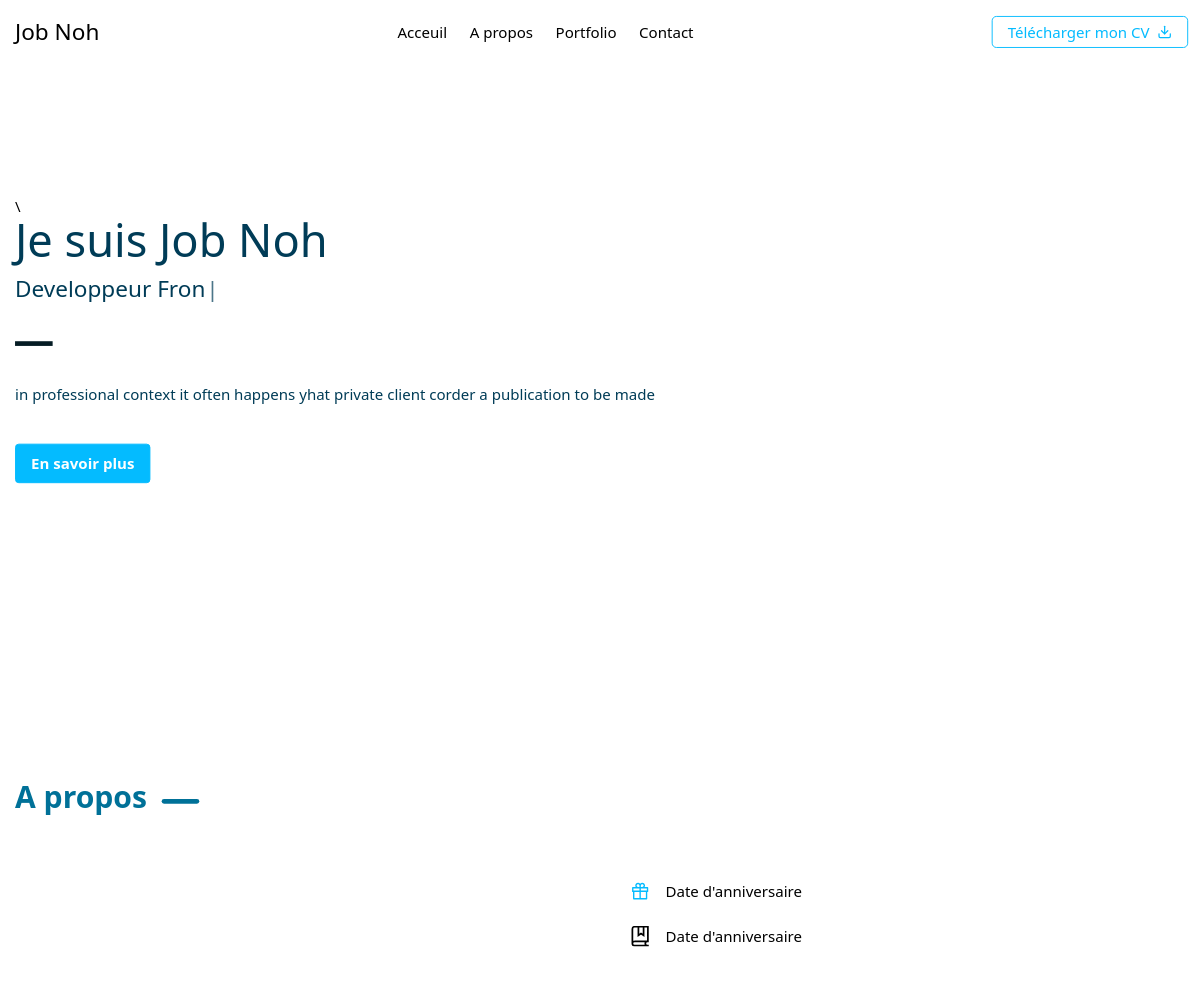
Repository: anoy1010/Nextportfolio
Page: /
These files come from the project's save history. The page is drawn as it stood at one moment and after the next save; the edit follows.
The browser window is 1280 px wide. The pictures show the whole page, at 94% of full size.
Backgrounds fixed to the window are drawn as part of the page. The project was rebuilt for these pictures with package versions that can differ from the ones it lists, and the page was loaded fresh each time. The framework's server and built-in components were replaced by stand-ins that run in the browser. Also part of the build but not shown: next.config.js, styles/Home.module.css.

Above is the page before, as saved 2023-03-06 17:35:10.

### pages/index.js
import Head from 'next/head'
import Image from 'next/image'
import { Inter } from '@next/font/google'
import styles from '../styles/Home.module.css'
import Navbar from '../components/Navbar'
import Hero from '../components/Hero'
import About from '../components/About'
const inter = Inter({ subsets: ['latin'] })

export default function Home() {
  return (
    <>
      <Head>
        <title>Portfolio | Noh Job</title>
        <meta name="description" content="Generated by create next app" />
        <meta name="viewport" content="width=device-width, initial-scale=1" />
        <link rel="icon" href="/favicon.ico" />
      </Head>

      <header>
        < Navbar />
      </header>

      <main>
        <Hero />
        <About/>
      </main>

    </>
  )
}

### styles/globals.css
@tailwind base;
@tailwind components;
@tailwind utilities;

@layer components {
  .btn{
    @apply bg-[#04bbff] text-white py-2 px-4 rounded inline-block mt-10 font-bold border border-[#04bbff] hover:bg-transparent hover:text-[#04bbff] transition duration-200
  }
}

### components/Navbar.js
import Link from 'next/link'
import React from 'react'
import {FiDownload} from 'react-icons/fi'
import {RiMenu5Line} from 'react-icons/ri'

const Navbar = () => {
  return (
    <div className='bg-white fixed top-0 w-[100%] z-10 '>
        <div className='container mx-auto flex justify-between items-center py-4 px-4'>
            <div className='text-[24px]'>Job Noh</div>

            <div className='hidden md:flex gap-6'>

                <Link href='/Acceuil' className='hover:text-[#04bbff]'>
                    Acceuil
                </Link>
                <Link href='/A propos' className='hover:text-[#04bbff]' >
                    A propos
                </Link>
                <Link href='/Portfolio' className='hover:text-[#04bbff]'>
                    Portfolio
                </Link>
                <Link href='/Contact' className='hover:text-[#04bbff]'>
                    Contact
                </Link>



            </div>

            <a href='#' className='hidden  md:flex border border-[#04bbff] px-4 py-1 text-[#04bbff] rounded-[5px] items-center gap-2 hover:bg-[#04bbff] hover:text-white transition duration-200 '>
                Télécharger mon CV
                <FiDownload/>
                </a>

            <div className='md:hidden text-[24px] '>
                <RiMenu5Line/>
            </div>
        </div>
    </div>
  )
}

export default Navbar

### components/Hero.js
import React from 'react'

import Typewriter, { TypewriterClass } from "typewriter-effect"
import Button from '../components/Button'

const Hero = () => {
  return (
    <div className='bg-[url("")] h-screen bg-cover bg-center bg-fixed flex items-center'>
        <div className='container mx-auto px-4'>\
            <div className='max-x-[450px] text-[#003c57] flex flex-col gap-[40px]'>
                <div>
                    <h1 className='text-5xl'>
                        Je suis Job Noh
                    </h1>
                    <h4 className=' text-2xl mt-3'>
                        <Typewriter
                            options = {{
                                strings: [
                                    "Developpeur Front-end",
                                    "Developpeur Back-end",
                                    "Analyste de donnée",
                                    "Chef de projet",
                                    "Graphic designer",
                                    "Developpeur mobile"
                                ],
                                changeDelay:3,
                                changeDeleteSpeed:2,
                                autoStart:true,
                                loop:true,
                            }}
                        />
                    </h4>
                </div>

                <div className='bg-[#051c24] h-[5px] w-[40px] '>
                </div>

                <div>
                    <p>
                    in professional context it often happens yhat private client
                    corder a publication to be made
                    </p>
                    <Button link="#" text="En savoir plus" />
                </div>

            </div>

        </div>
    </div>
  )
}

export default Hero

### components/About.js
import React from 'react'
import Heading from './Heading'
import {AiOutlineGift} from 'react-icons/ai'
import {GrBook} from 'react-icons/gr'

const About = () => {
  return (
    <section className='container mx-auto py-10 px-4'>

        <Heading title="A propos"/>

        <div className='grid grid-cols-1 md:grid-cols-2 gap-[60px]'>

            <div>
                <img className='w-[400px]' src="/" alt="" />
            </div>
            <div>
                <div className='flex items-center justify-between w-[300px]'>
                    <div className='flex flex-col gap-6'>
                        <div className='flex gap-4 items-center font-medium '>
                            <AiOutlineGift className='text-[#04bbff] text-[22px]' />
                            Date d'anniversaire
                        </div>
                        <div className='flex gap-4 items-center font-medium '>
                            <GrBook className='text-[#04bbff] text-[22px]' />
                            Date d'anniversaire
                        </div>
                    </div>
                </div>
            </div>
        </div>

    </section>
  )
}

export default About

### components/Button.js
import React from 'react'

const Button = ({text, link}) => {
  return (
    <a href={link}className='btn'>{text}</a>
  )
}

export default Button

### components/Heading.js
import React from 'react'

const Heading = ({title}) => {
  return (
    <div className='text-[#007198] text-[32px] font-bold flex items-center gap-4 py-16'>
        {title}
        <div className='bg-[#007198] h-[5px] w-[40px] translate-y-1 rounded'></div>
    </div>
  )
}

export default Heading

Loaded but not shown: pages/_app.js (common file); pages/_document.js (common file); tailwind.config.js (common file)

After the next save:
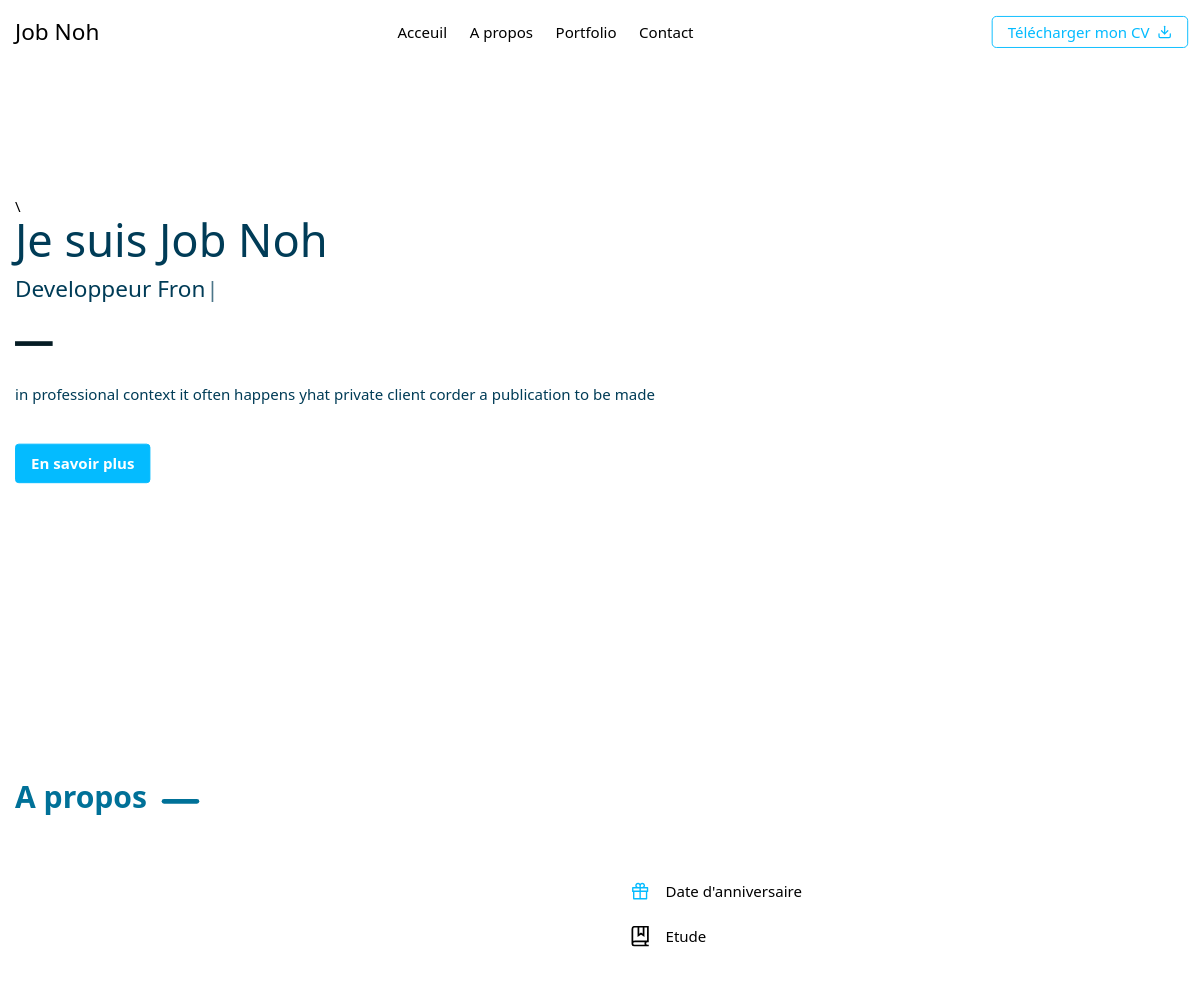
Saved 32 s later.
--- a/components/About.js
+++ b/components/About.js
@@ -23,7 +23,7 @@
                         </div>
                         <div className='flex gap-4 items-center font-medium '>
                             <GrBook className='text-[#04bbff] text-[22px]' />
-                            Date d'anniversaire
+                            Etude
                         </div>
                     </div>
                 </div>
